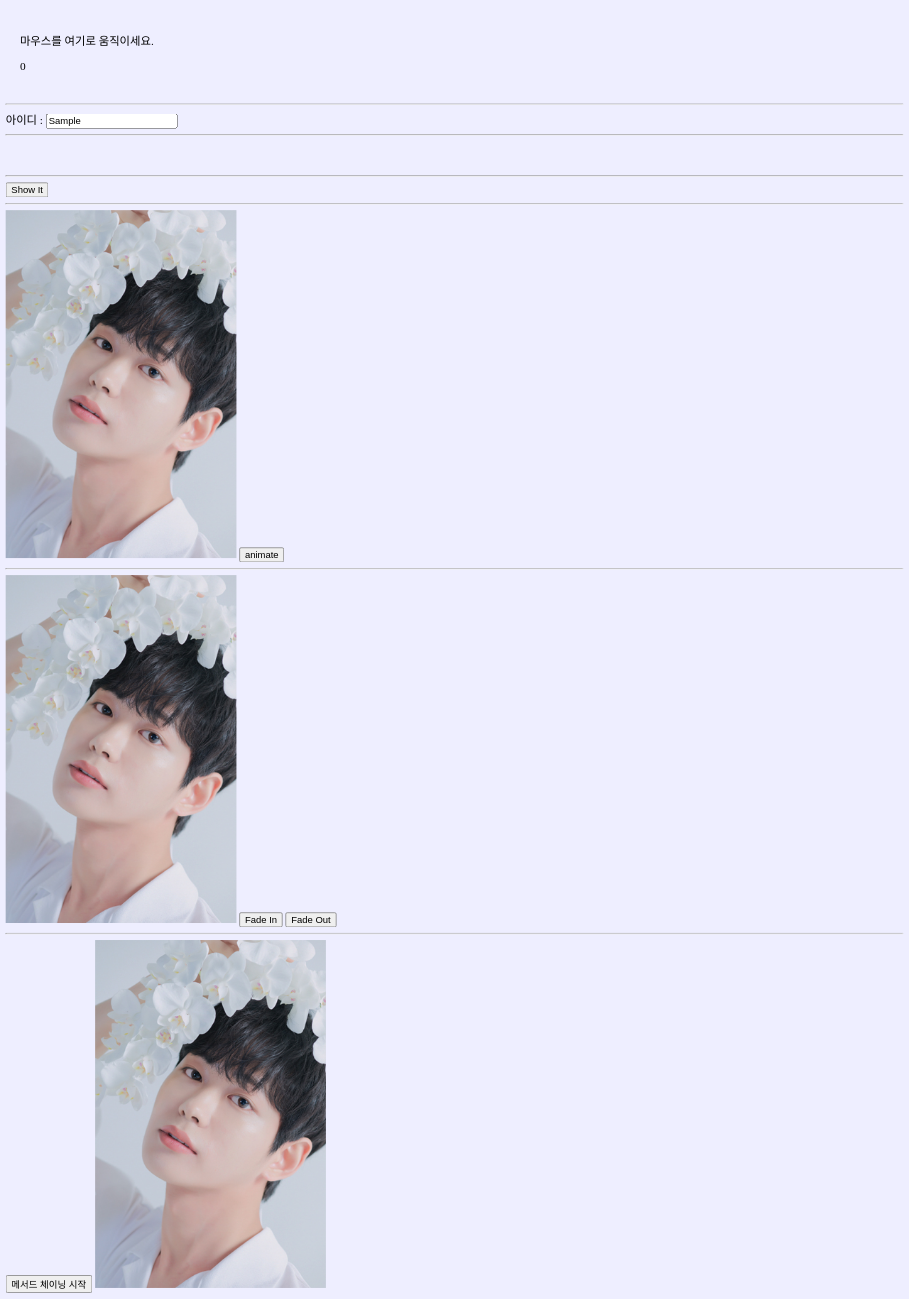
Repository: gpqls12321/public
Page: javascript_jquery/WebContent/jQuery_ex02.html
The author's editor kept a copy of each file at every save. The page is drawn from the files as they stood at one save, then again after the next save.
The browser window is 1280 px wide. The pictures show the whole page, at 71% of full size.
Empty fields were first filled with sample values (such as "Sample", 5 or name@example.com).
After loading, the first visible `#chain` was clicked once.

Above is the page before, as saved 2021-04-15 04:22:01.

### javascript_jquery/WebContent/jQuery_ex02.html
<!DOCTYPE html>
<html>
<head>
<meta charset="UTF-8">
<title>Insert title here</title>
<style type="text/css">
	body {
		background-color: #eef;
	}

	div {
		padding: 20px;
	}
</style>
<script type="text/javascript" src="js/jQuery3.x/jquery-3.6.0.js"></script>
<script type="text/javascript">

	$(document).ready(function() {
		var i = 0;

		$("div.out").mouseover(function() {
			$("p:first", this).text("mouse over");
			$("p:last", this).text(++i); // text()안에 메서드, 문자열, 산수 가능
		});

		$("input").focus(function() {
			$(this).css("background-color", "yellow");
		});

		$("input").blur(function() {
			$(this).css("background-color", "#fff"); //아이디 중복체크할 때 사용. 다른 곳으로 이동하면 "사용가능한 아이디입니다." 이런식으로 뜨게
		});

		$(document).mouseover(function(e) { // function(e) : 콜백함수
			$("#log").text("e.pageX: " + e.pageX + ", e.pageY : " + e.pageY);
		});

		/* $("button").click(function() {
			$("#lee").show("slow");
		}); */

		$("#animate").click(function() {
			$("#ani_lee").animate({
				left : "100px"
			});
		});

		$("#fade-in").click(function() {
			$("#fade_lee").fadeIn(1000);
		});

		$("#fade-out").click(function() {
			$("#fade_lee").fadeOut(400);
		});

		//메서드 체이닝
		$("#chain").click(function() {
			$("#chain_lee").show().fadeOut("slow").slideDown("slow");
		});
	});
</script>
</head>
<body>
	<div class="out">
		<p>마우스를 여기로 움직이세요.</p>
		<p>0</p>
	</div>

	<hr>
	아이디 : <input type="text" name="userid">
	<hr>
	<div id="log"></div>
	<hr>
	<button>Show It</button>
	<img id="lee" alt="이세진" src="images/이세진.jpg" style="display: none;" width="325px;" height="490px;">
	<hr>
	<img id="ani_lee" alt="이세진" src="images/이세진.jpg" style="position: relative;" width="325px;" height="490px;">
	<button id="animate">animate</button>
	<hr>
	<img id="fade_lee" alt="이세진" src="images/이세진.jpg" width="325px;" height="490px;">
	<button id="fade-in">Fade In</button>
	<button id="fade-out">Fade Out</button>

	<hr>
	<button id="chain">메서드 체이닝 시작</button>
	<img id="chain_lee" alt="이세진" src="images/이세진.jpg" style="display: none;" width="325px;" height="490px;">

</body>
</html>

Loaded but not shown: javascript_jquery/WebContent/js/jQuery3.x/jquery-3.6.0.js (library)

After the next save:
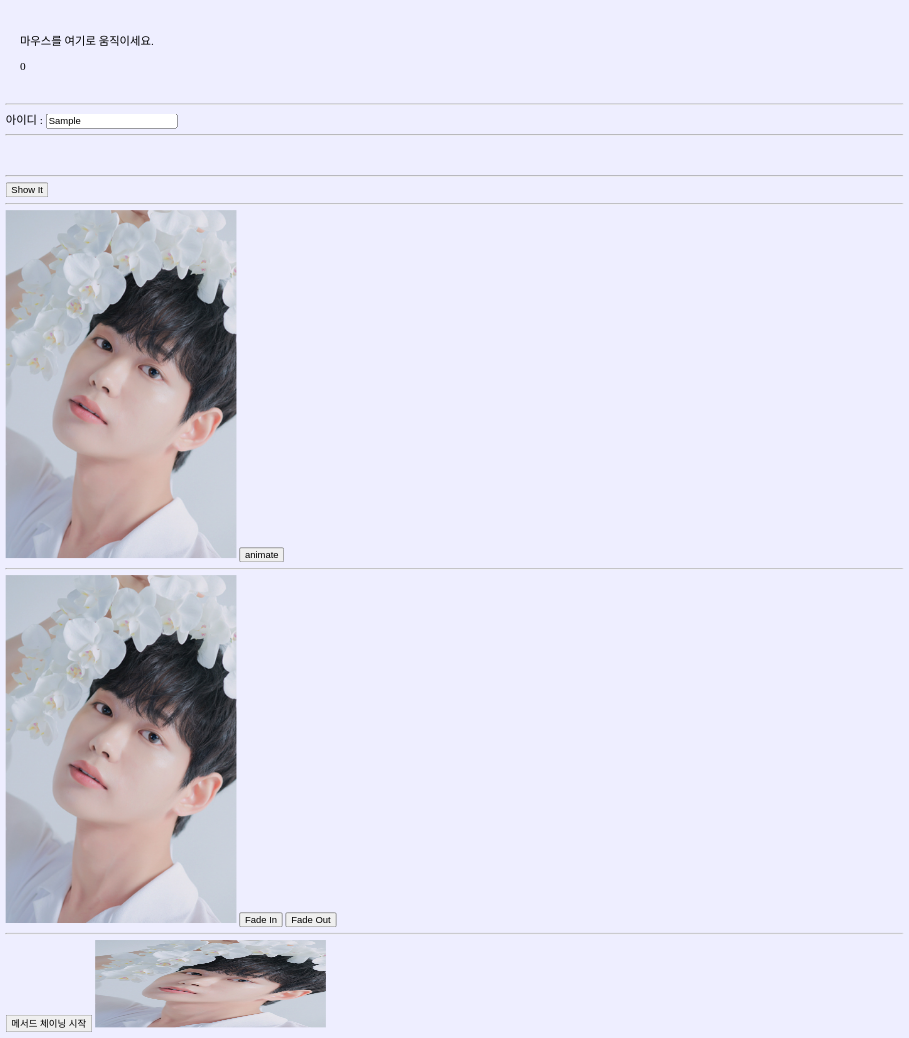
Saved 74 s later.
--- a/javascript_jquery/WebContent/jQuery_ex02.html
+++ b/javascript_jquery/WebContent/jQuery_ex02.html
@@ -55,7 +55,7 @@
 
 		//메서드 체이닝
 		$("#chain").click(function() {
-			$("#chain_lee").show().fadeOut("slow").slideDown("slow");
+			$("#chain_lee").show().fadeOut(1000).slideDown(1500);
 		});
 	});
 </script>
